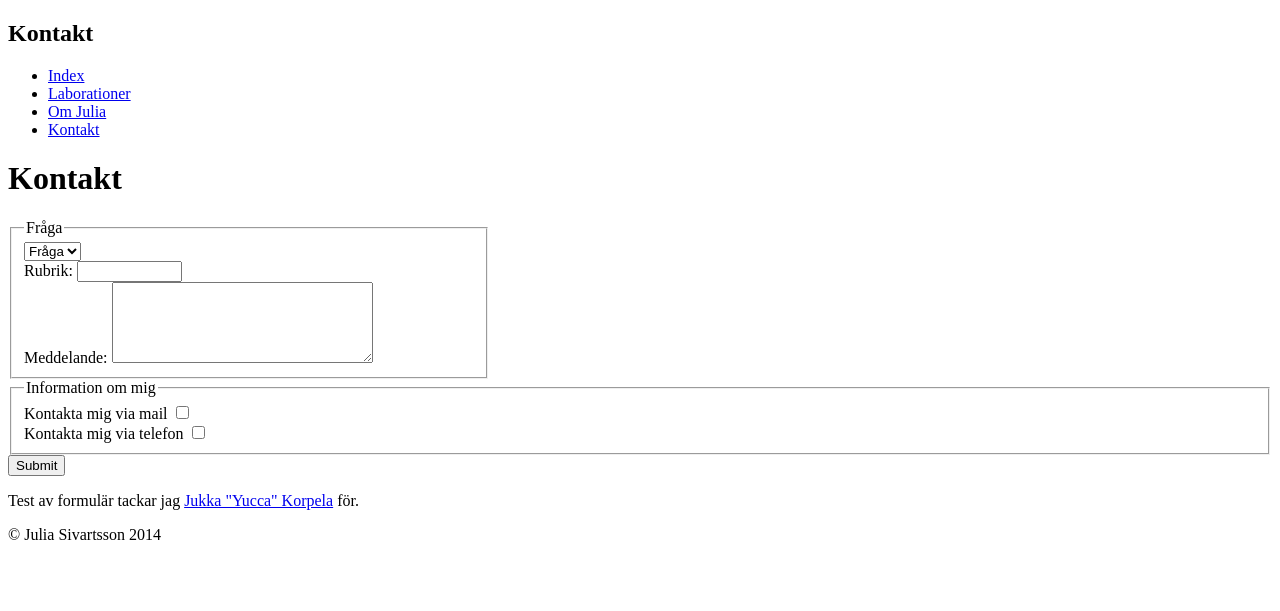
Repository: JuliaSivartsson/1ik415-jsigc09-laborationer
Page: pages/kontakt.html
The author's editor kept a record of every edit. The page is drawn from the files as they stood at one moment, then again after the next edit.
The browser window is 1280 px wide. The pictures show the whole page.

Above is the page before.

### pages/kontakt.html
<!DOCTYPE html>
<html lang="sv">

<head>
<meta charset="UTF-8" />
<!-- Sidans titel -->
<title>Kontakt</title>

</head>
<body>

    <!-- Meny -->
    <!-- Rubrik 2 (lite mindre format) -->
    <h2>Kontakt</h2>
    <ul>
        <li><a href="../index.html">Index</a></li>
        <li><a href="laborationer.html">Laborationer</a></li>
        <li><a href="presentation.html">Om Julia</a></li>
        <li><a href="kontakt.html">Kontakt</a></li>
    </ul>

    <!-- Rubrik 1 -->
    <h1>Kontakt</h1>

    <form id="form" name="form" method="post" action=" http://www.cs.tut.fi/cgi-bin/run/~jkorpela/echoraw.cgi">
    <fieldset style="width: 450px;">
    <legend>Fråga</legend>
        <select name="arende" id="arende">
            <option value="fraga"> Fråga </option>
            <option value="asikt"> Åsikt </option>
            <option value="kritik"> Kritik </option>
        </select>
    <br />
        <label for="rubrik">Rubrik:</label>
        <input type="text" name="rubrik" id="rubrik" size="10" />
    <br />
        <label for="meddelande">Meddelande:</label>
        <textarea name="meddelande" id="meddelande" cols="30" rows="5"></textarea>
    </fieldset>

    <fieldset>
    <legend>Information om mig</legend>
    <label for="mail">Kontakta mig via mail</label>
    <input type="checkbox" name="mail" id="mail" value="mail"/><br />
    <label for="telefon">Kontakta mig via telefon</label>
    <input type="checkbox" name="telefon" id="telefon" value="telefon"/><br />
    </fieldset>
    <input type="submit" name="submit" id="submit"/>

    <p>
        Test av formulär tackar jag <a target="_blank" href="http://www.cs.tut.fi/~jkorpela/forms/testing.html">Jukka "Yucca" Korpela</a> för.
    </p>

    <!-- Längst ner på sidan -->
    <footer>
        © Julia Sivartsson 2014
    </footer>

</body>
</html>

After the next edit:
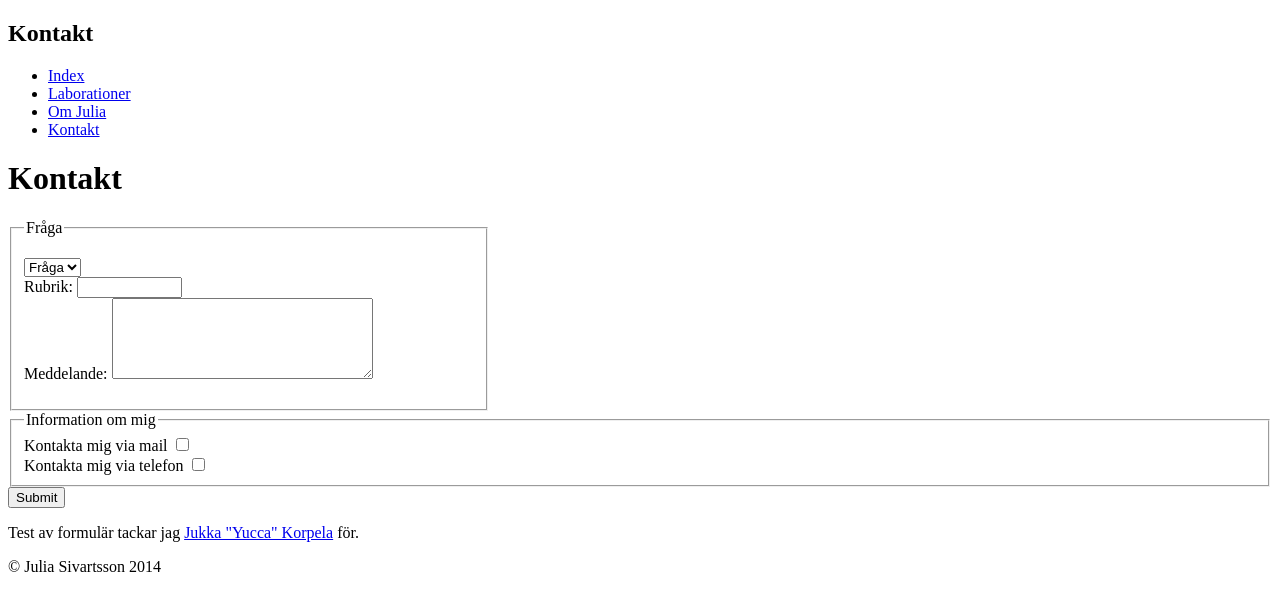
The edit:
--- a/pages/kontakt.html
+++ b/pages/kontakt.html
@@ -25,7 +25,7 @@
     <form id="form" name="form" method="post" action=" http://www.cs.tut.fi/cgi-bin/run/~jkorpela/echoraw.cgi">
     <fieldset style="width: 450px;">
     <legend>Fråga</legend>
-        <select name="arende" id="arende">
+        <p><select name="arende" id="arende">
             <option value="fraga"> Fråga </option>
             <option value="asikt"> Åsikt </option>
             <option value="kritik"> Kritik </option>
